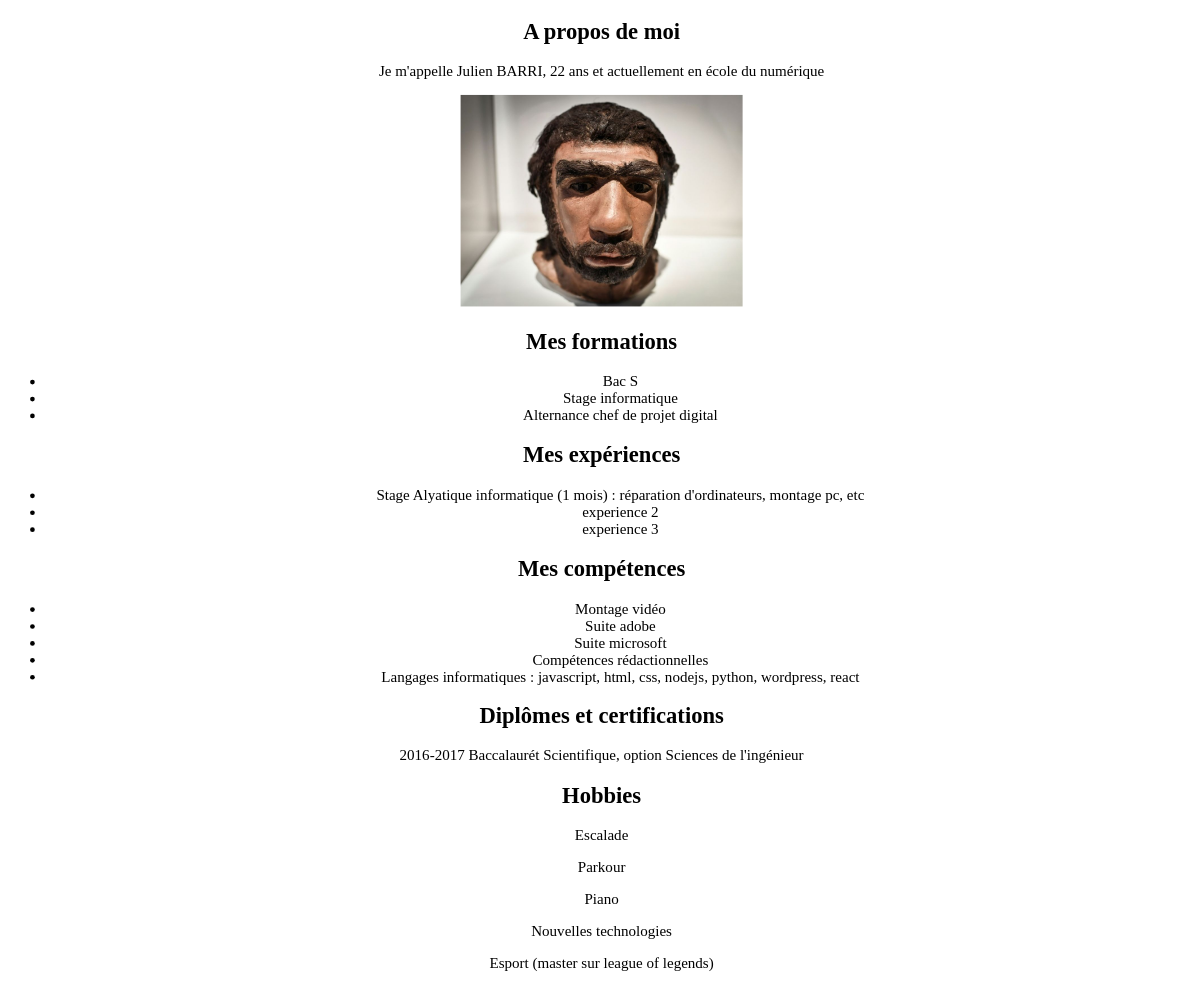
Repository: barridev/cours_devops.github.io
Page: index.html
An editor plug-in stored every save of this project. The page is shown before and after the next save, followed by the edit.
The browser window is 1280 px wide. The pictures show the whole page, at 94% of full size.

Above is the page before, as saved 2022-06-13 15:29:30.

After the next save:
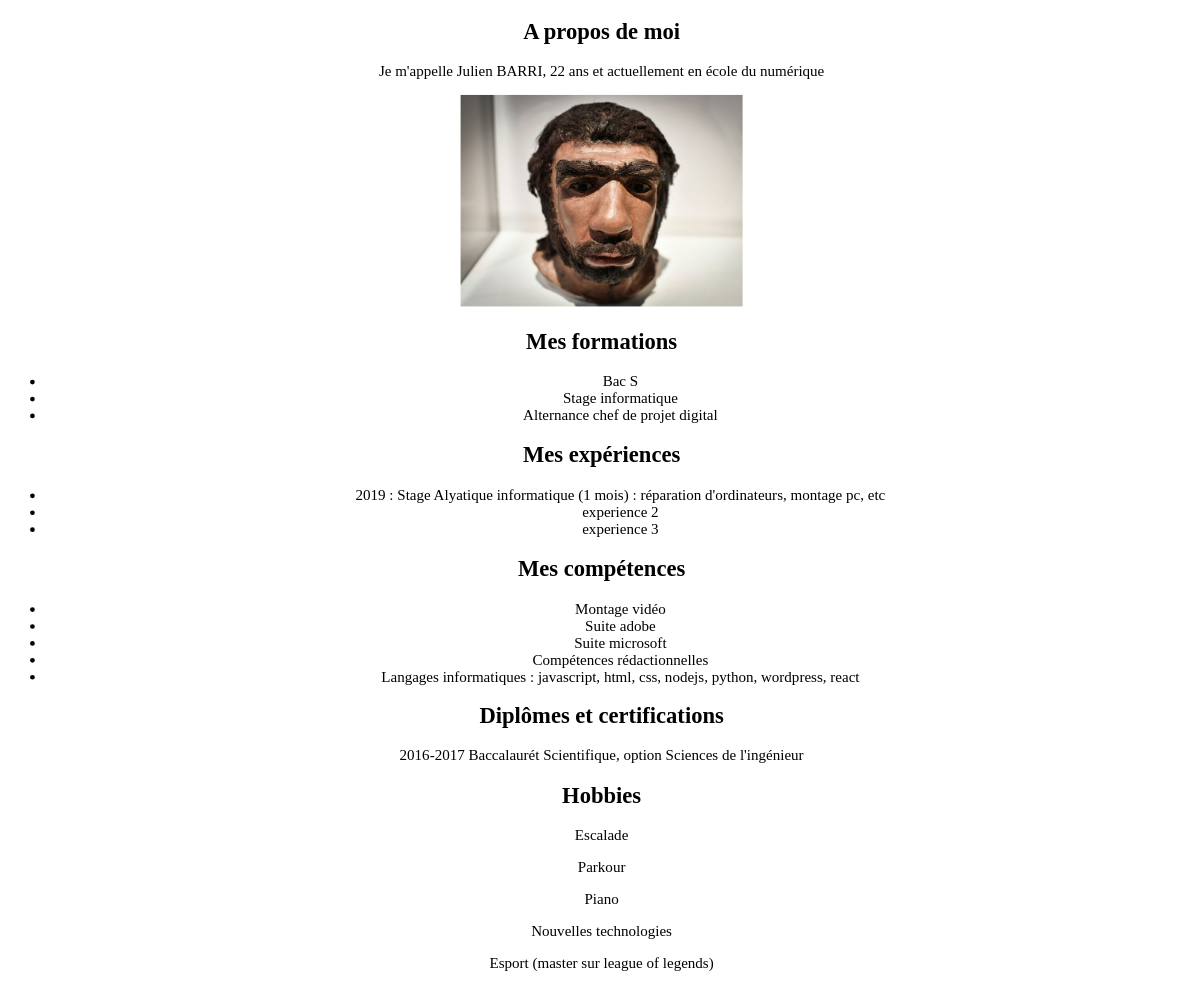
Saved 14 s later.
--- a/index.html
+++ b/index.html
@@ -34,7 +34,7 @@
         <div>
             <h2> Mes expériences </h2>
             <ul>
-                <li> Stage Alyatique informatique (1 mois) : réparation d'ordinateurs, montage pc, etc</li>
+                <li> 2019 : Stage Alyatique informatique (1 mois) : réparation d'ordinateurs, montage pc, etc</li>
                 <li> experience 2</li>
                 <li> experience 3</li>
             </ul>
